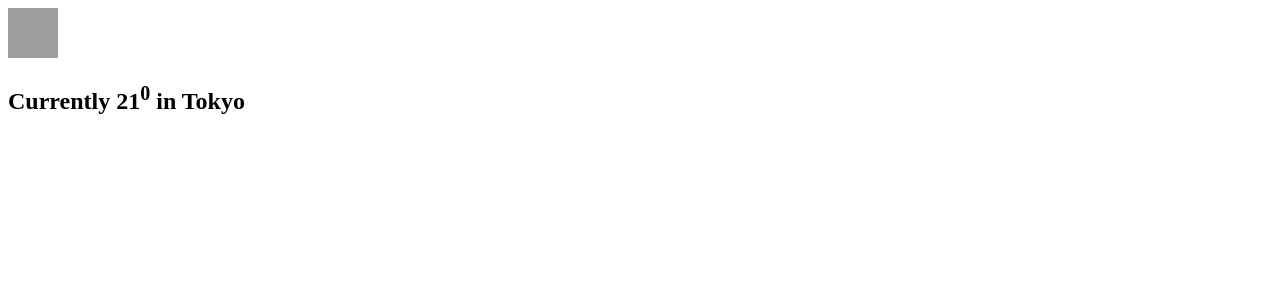
Repository: VickyJacob23/SheCode
Page: firstCode/weatherAppHomeWork.html
An editor plug-in stored every save of this project. The page is shown before and after the next save, followed by the edit.
The browser window is 1280 px wide. The pictures show the whole page.
Pictures or frames that could not be fetched are drawn as grey boxes.

Above is the page before, as saved 2024-08-26 23:04:48.

### firstCode/weatherAppHomeWork.html
<!DOCTYPE html>
<html lang="en">
<head>
    <meta charset="UTF-8">
    <meta name="viewport" content="width=device-width, initial-scale=1.0">
    <title>Demo WeatherAPP</title>
</head>
<body>
    <div class="container">
        <section class="title">
            <img src="/9004726_cloud_weather_storage_forecast_icon.svg" alt="forecast" width="50" height="50">
            <h1>Currently 21<sup>0</sup> in Tokyo</h1>
        </section>
    </div>
</body>
</html>

After the next save:
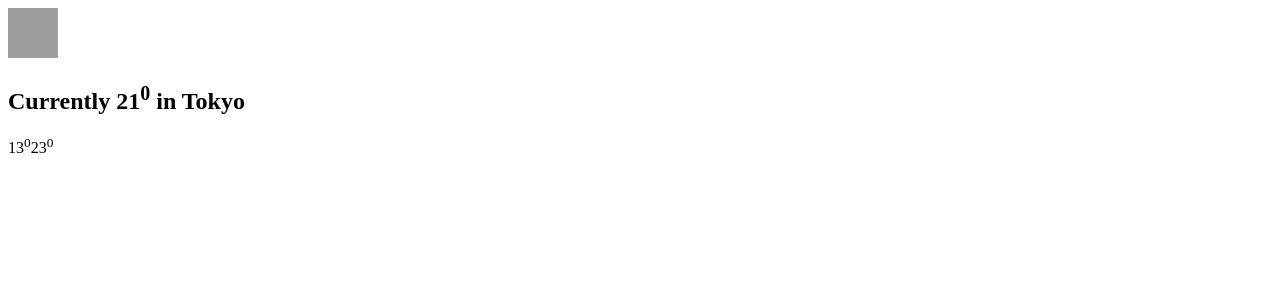
Saved 118 s later.
--- a/firstCode/weatherAppHomeWork.html
+++ b/firstCode/weatherAppHomeWork.html
@@ -10,6 +10,7 @@
         <section class="title">
             <img src="/9004726_cloud_weather_storage_forecast_icon.svg" alt="forecast" width="50" height="50">
             <h1>Currently 21<sup>0</sup> in Tokyo</h1>
+            <p>13<sup>0</sup><span>23<sup>0</sup></span></p>
         </section>
     </div>
 </body>
